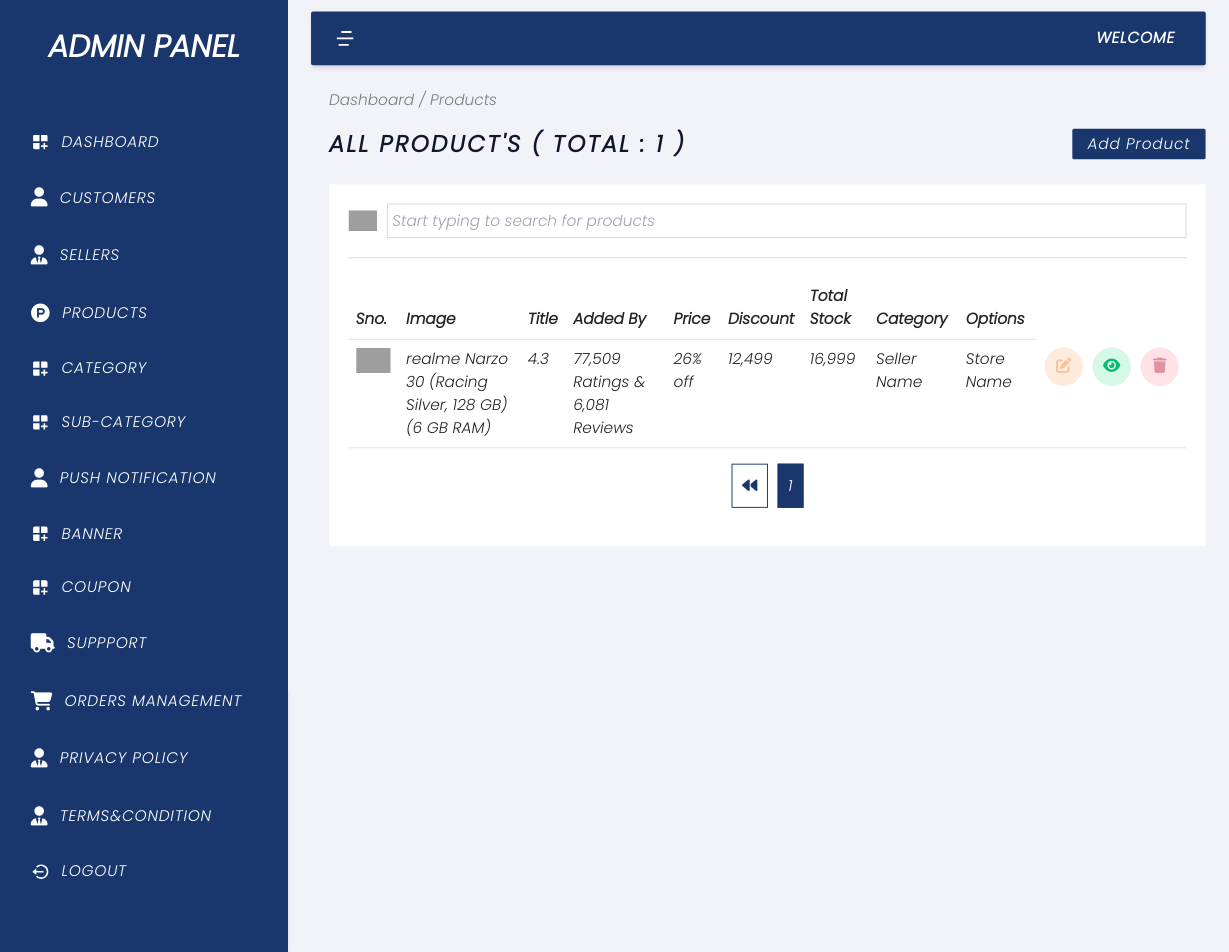
Repository: shishpal2000/admin.aschpro
Page: /Product
The author's editor kept a copy of each file at every save. The page is drawn from the files as they stood at one save, then again after the next save.
The browser window is 1280 px wide. The pictures show the whole page, at 96% of full size.
Pictures or frames that could not be fetched are drawn as grey boxes. Some web libraries are served in a nearby version. The project was rebuilt for these pictures with package versions that can differ from the ones it lists, and the page was loaded fresh each time. Also part of the build but not shown: src/E-CommerceAdmin/forms/Login.jsx, src/E-CommerceAdmin/pages/Dashboard.jsx, src/E-CommerceAdmin/pages/ECategory.js, src/E-CommerceAdmin/pages/EVendorList.js, src/E-CommerceAdmin/pages/EAdminOrders.js, src/E-CommerceAdmin/pages/EAdminDelivery.js, src/E-CommerceAdmin/pages/EAdminCustomer.js, src/E-CommerceAdmin/pages/ESubCategory.js and 5 more. Imported but missing from the stored project, and not drawn on this page: src/E-CommerceAdmin/pages/Complaints, src/E-CommerceAdmin/pages/Component/SpinnerComp, src/E-CommerceAdmin/pages/EAdmin, src/E-CommerceAdmin/pages/EAdminProduct, src/E-CommerceAdmin/pages/ESingleProduct, src/E-CommerceAdmin/pages/GetMeThis, src/E-CommerceAdmin/pages/HelpSupport.

Above is the page before, as saved 2023-06-28 15:22:55.

After the next save:
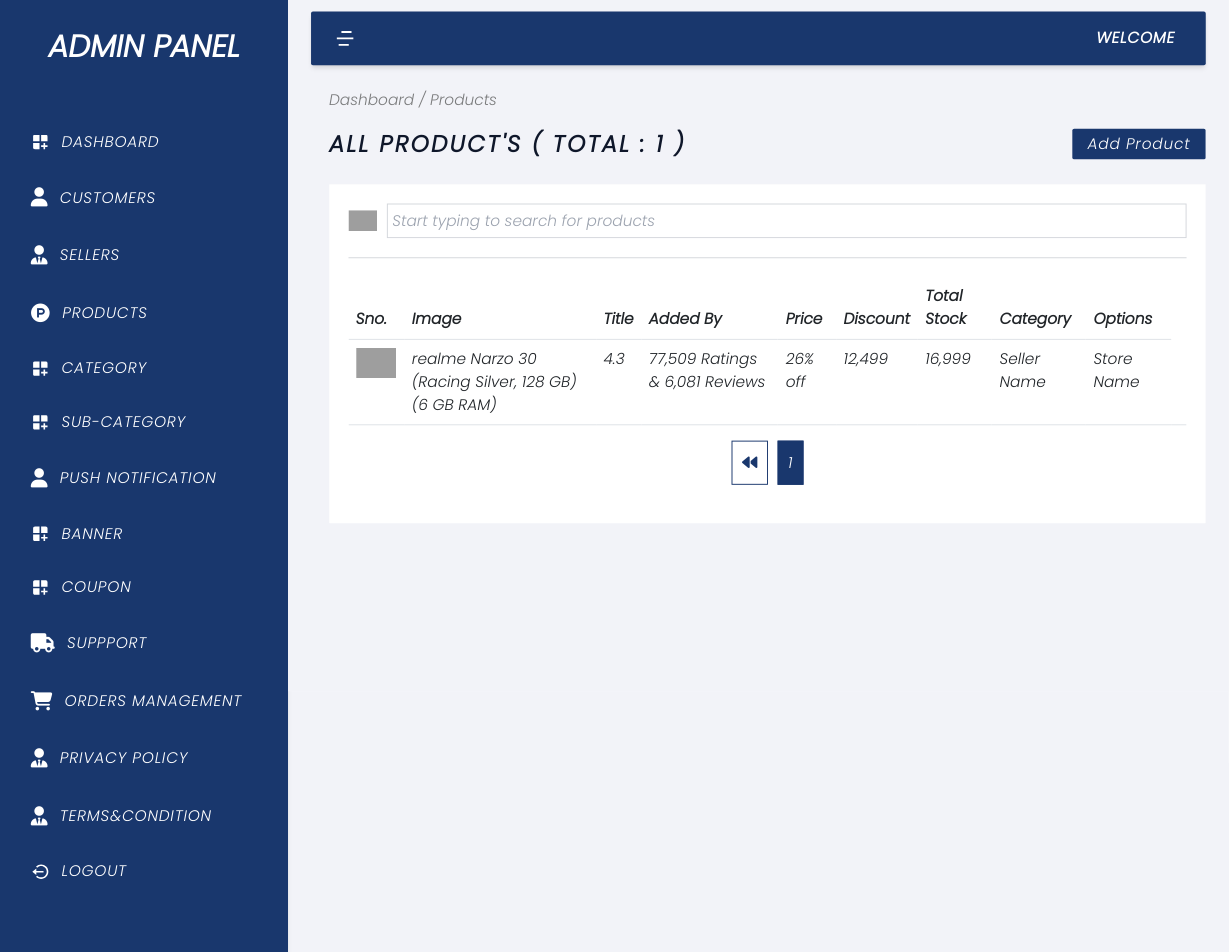
Saved 15 s later.
--- a/src/E-CommerceAdmin/pages/EProduct.js
+++ b/src/E-CommerceAdmin/pages/EProduct.js
@@ -267,11 +267,11 @@
                       </td>
 
                       <td>
-                        <span className="flexCont">
+                        {/* <span className="flexCont">
                           <i className="fa-solid fa-pen-to-square"></i>
                           <i className="fa-solid fa-eye"></i>
                           <i className="fa-sharp fa-solid fa-trash"></i>
-                        </span>
+                        </span> */}
                       </td>
                     </tr>
                   ))}
